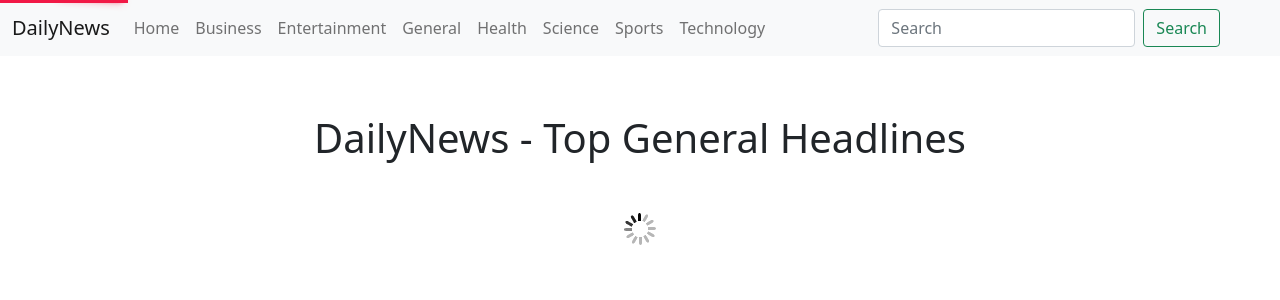
Repository: Bikki084/Daily_News
Page: /
An editor plug-in stored every save of this project. The page is shown before and after the next save, followed by the edit.
The browser window is 1280 px wide. The pictures show the whole page.
The page's requests for data from a server got no answer. The project was rebuilt for these pictures with package versions that can differ from the ones it lists, and the page was loaded fresh each time. No one was signed in, and anything a server would have sent is missing. Also part of the build but not shown: src/App.css, src/components/NewsItem.js.

Above is the page before, as saved 2021-12-21 23:58:15.

### public/index.html
<!DOCTYPE html>
<html lang="en">
  <head>
    <meta charset="utf-8" />
    <link rel="icon" href="%PUBLIC_URL%/favicon.ico" />
    <meta name="viewport" content="width=device-width, initial-scale=1" />
    <meta name="theme-color" content="#000000" />
    <meta
      name="description"
      content="DailyNews is a news app which can be used to grab quick daily news bites. If you are interested in news, weather, politics and sports news, newsmonkey is for you!"
    />
    <link rel="apple-touch-icon" href="%PUBLIC_URL%/logo192.png" />
    <!--
      manifest.json provides metadata used when your web app is installed on a
      user's mobile device or desktop. See https://developers.google.com/web/fundamentals/web-app-manifest/
    -->
    <link rel="manifest" href="%PUBLIC_URL%/manifest.json" />
    <link href="https://cdn.jsdelivr.net/npm/bootstrap@5.1.0/dist/css/bootstrap.min.css" rel="stylesheet" integrity="sha384-KyZXEAg3QhqLMpG8r+8fhAXLRk2vvoC2f3B09zVXn8CA5QIVfZOJ3BCsw2P0p/We" crossorigin="anonymous">
    <!--
      Notice the use of %PUBLIC_URL% in the tags above.
      It will be replaced with the URL of the `public` folder during the build.
      Only files inside the `public` folder can be referenced from the HTML.

      Unlike "/favicon.ico" or "favicon.ico", "%PUBLIC_URL%/favicon.ico" will
      work correctly both with client-side routing and a non-root public URL.
      Learn how to configure a non-root public URL by running `npm run build`.
    -->
    <title>DailyNews - Get your daily dose of news for free!</title>
  </head>
  <body>
    <noscript>You need to enable JavaScript to run this app.</noscript>
    <div id="root"></div>
    <!--
      This HTML file is a template.
      If you open it directly in the browser, you will see an empty page.

      You can add webfonts, meta tags, or analytics to this file.
      The build step will place the bundled scripts into the <body> tag.

      To begin the development, run `npm start` or `yarn start`.
      To create a production bundle, use `npm run build` or `yarn build`.
    -->
    <script src="https://cdn.jsdelivr.net/npm/@popperjs/core@2.9.3/dist/umd/popper.min.js" integrity="sha384-eMNCOe7tC1doHpGoWe/6oMVemdAVTMs2xqW4mwXrXsW0L84Iytr2wi5v2QjrP/xp" crossorigin="anonymous"></script>
    <script src="https://cdn.jsdelivr.net/npm/bootstrap@5.1.0/dist/js/bootstrap.min.js" integrity="sha384-cn7l7gDp0eyniUwwAZgrzD06kc/tftFf19TOAs2zVinnD/C7E91j9yyk5//jjpt/" crossorigin="anonymous"></script>
  </body>
</html>

### src/App.js
import './App.css';
import Search from './components/Search';
import React, { useState } from 'react'
import NavBar from './components/NavBar';
import News from './components/News';
import {BrowserRouter as Router, Switch, Route} from "react-router-dom";
import LoadingBar from 'react-top-loading-bar'

const App = ()=> {
  const pageSize = 5;
  const apiKey = process.env.REACT_APP_NEWS_API
  // const apiKey = "fe00171e9be447c891c180edc15dc131"
  const [progress, setProgress] = useState(0)

    return (
      <div>
        <Router>
        <NavBar/>
        <Search/>
        <LoadingBar
        height={3}
        color='#f11946'
        progress={progress}
      />
        <Switch>
          <Route exact path="/"><News setProgress={setProgress} apiKey={apiKey} key="general" pageSize={pageSize} country="in" category="general"/></Route>
          <Route exact path="/business"><News setProgress={setProgress} apiKey={apiKey} key="business" pageSize={pageSize} country="in" category="business"/></Route>
          <Route exact path="/entertainment"><News setProgress={setProgress} apiKey={apiKey} key="entertainment" pageSize={pageSize} country="in" category="entertainment"/></Route>
          <Route exact path="/general"><News setProgress={setProgress} apiKey={apiKey} key="general" pageSize={pageSize} country="in" category="general"/></Route>
          <Route exact path="/health"><News setProgress={setProgress} apiKey={apiKey} key="health" pageSize={pageSize} country="in" category="health"/></Route>
          <Route exact path="/science"><News setProgress={setProgress} apiKey={apiKey} key="science" pageSize={pageSize} country="in" category="science"/></Route>
          <Route exact path="/sports"><News setProgress={setProgress} apiKey={apiKey} key="sports" pageSize={pageSize} country="in" category="sports"/></Route>
          <Route exact path="/technology"><News setProgress={setProgress} apiKey={apiKey} key="technology" pageSize={pageSize} country="in" category="technology"/></Route>

        </Switch>
        </Router>
      </div>
    )

}

export default App;

### src/components/Search.js
import React from 'react'

const Search = () => {
    return (
    <div>Hello world!</div>
    )
}

export default Search;

### src/components/NavBar.js
import React from 'react'
import { Link } from "react-router-dom";

const NavBar = () => {

    return (
        <div>
            <nav className="navbar fixed-top navbar-expand-lg navbar-light bg-light">
                <div className="container-fluid">
                    <Link className="navbar-brand" to="/">DailyNews</Link>
                    <button className="navbar-toggler" type="button" data-bs-toggle="collapse" data-bs-target="#navbarSupportedContent" aria-controls="navbarSupportedContent" aria-expanded="false" aria-label="Toggle navigation">
                        <span className="navbar-toggler-icon"></span>
                    </button>
                    <div className="collapse navbar-collapse" id="navbarSupportedContent">
                        <ul className="navbar-nav me-auto mb-2 mb-lg-0">
                            <li className="nav-item">
                                <Link className="nav-link" aria-current="page" to="/">Home</Link>
                            </li>
                            <li className="nav-item"><Link className="nav-link" to="/business">Business</Link></li>
                            <li className="nav-item"><Link className="nav-link" to="/entertainment">Entertainment</Link></li>
                            <li className="nav-item"><Link className="nav-link" to="/general">General</Link></li>
                            <li className="nav-item"><Link className="nav-link" to="/health">Health</Link></li>
                            <li className="nav-item"><Link className="nav-link" to="/science">Science</Link></li>
                            <li className="nav-item"><Link className="nav-link" to="/sports">Sports</Link></li>
                            <li className="nav-item"><Link className="nav-link" to="/technology">Technology</Link></li>
                        </ul>
                        <form className="d-flex mx-5" method="get" action = "\">
                            <input class="form-control me-2" type="search" placeholder="Search" aria-label="Search" />
                            <button class="btn btn-outline-success" type="submit">Search </button>
                        </form>
                    </div>
                </div>
            </nav>
        </div>
    )

}

export default NavBar

### src/components/News.js
import React, {useEffect, useState} from 'react'

import NewsItem from './NewsItem'
import Spinner from './Spinner';
import PropTypes from 'prop-types'
import InfiniteScroll from "react-infinite-scroll-component";

const News = (props)=>{
    const [articles, setArticles] = useState([])
    const [loading, setLoading] = useState(true)
    const [page, setPage] = useState(1)
    const [totalResults, setTotalResults] = useState(0)

    const capitalizeFirstLetter = (string) => {
        return string.charAt(0).toUpperCase() + string.slice(1);
    }

    const updateNews = async ()=> {
        props.setProgress(10);
        const url = `https://newsapi.org/v2/top-headlines?country=${props.country}&category=${props.category}&apiKey=${props.apiKey}&page=${page}&pageSize=${props.pageSize}`;
        setLoading(true)
        let data = await fetch(url);
        props.setProgress(30);
        let parsedData = await data.json()
        props.setProgress(70);
        setArticles(parsedData.articles)
        setTotalResults(parsedData.totalResults)
        setLoading(false)
        props.setProgress(100);
    }

    useEffect(() => {
        document.title = `${capitalizeFirstLetter(props.category)} - DailyNews`;
        updateNews();
        // eslint-disable-next-line
    }, [])


    const fetchMoreData = async () => {
        const url = `https://newsapi.org/v2/top-headlines?country=${props.country}&category=${props.category}&apiKey=${props.apiKey}&page=${page+1}&pageSize=${props.pageSize}`;
        setPage(page+1)
        let data = await fetch(url);
        let parsedData = await data.json()
        setArticles(articles.concat(parsedData.articles))
        setTotalResults(parsedData.totalResults)
      };

        return (
            <>
                <h1 className="text-center" style={{ margin: '35px 0px', marginTop: '90px' }}>DailyNews - Top {capitalizeFirstLetter(props.category)} Headlines</h1>
                {loading && <Spinner />}
                <InfiniteScroll
                    dataLength={articles.length}
                    next={fetchMoreData}
                    hasMore={articles.length !== totalResults}
                    loader={<Spinner/>}>
                    <div className="container">

                    <div className="row">
                        {articles.map((element) => {
                            return <div className="col-md-4" key={element.url}>
                                <NewsItem title={element.title ? element.title : ""} description={element.description ? element.description : ""} imageUrl={element.urlToImage} newsUrl={element.url} author={element.author} date={element.publishedAt} source={element.source.name} />
                            </div>
                        })}
                    </div>
                    </div>
                </InfiniteScroll>
            </>
        )

}


News.defaultProps = {
    country: 'in',
    pageSize: 8,
    category: 'general',
}

News.propTypes = {
    country: PropTypes.string,
    pageSize: PropTypes.number,
    category: PropTypes.string,
}

export default News

Loaded but not shown: src/index.js (common file); src/reportWebVitals.js (common file); src/components/Spinner.js (common file); src/index.css (no stored copy; drawn as an empty file)

After the next save:
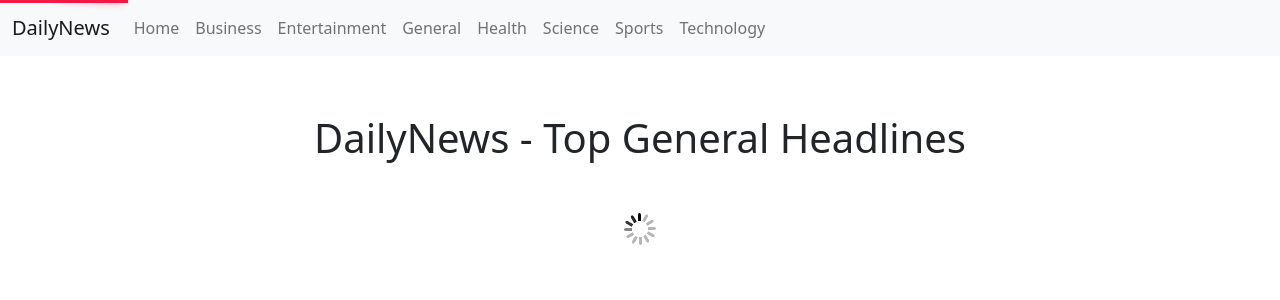
Saved 87 s later.
--- a/src/components/NavBar.js
+++ b/src/components/NavBar.js
@@ -24,10 +24,7 @@ const NavBar = () => {
                             <li className="nav-item"><Link className="nav-link" to="/sports">Sports</Link></li>
                             <li className="nav-item"><Link className="nav-link" to="/technology">Technology</Link></li>
                         </ul>
-                        <form className="d-flex mx-5" method="get" action = "\">
-                            <input class="form-control me-2" type="search" placeholder="Search" aria-label="Search" />
-                            <button class="btn btn-outline-success" type="submit">Search </button>
-                        </form>
+
                     </div>
                 </div>
             </nav>
